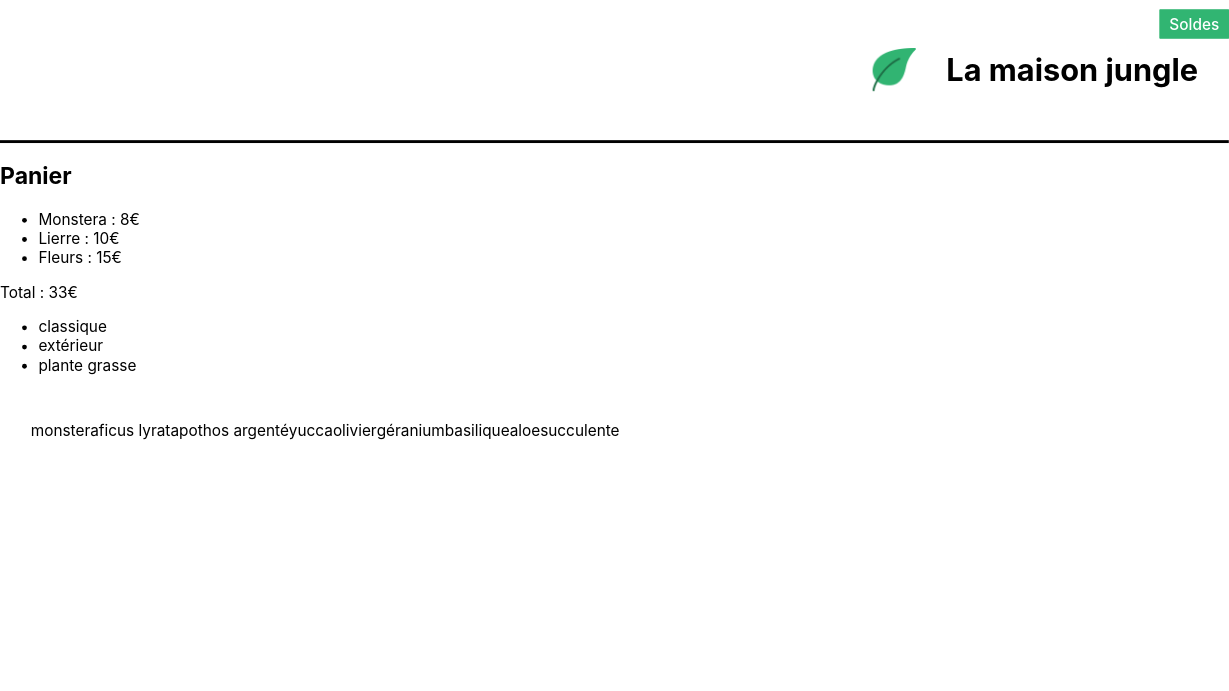
Repository: massndongo/la-maison-junglee
Page: /
An editor plug-in stored every save of this project. The page is shown before and after the next save, followed by the edit.
The browser window is 1280 px wide. The pictures show the whole page, at 96% of full size.
The project was rebuilt for these pictures with package versions that can differ from the ones it lists, and the page was loaded fresh each time.

Above is the page before, as saved 2023-03-23 17:44:06.

### src/components/App.js
import Banner from './Banner'
import Cart from './Cart'
import ShoppingList from './ShoppingList'

function App() {
    return <div><Banner /><Cart /><ShoppingList /></div>
}

export default App

### src/components/Banner.js
import logo from '../assets/logo.png'
import '../styles/Banner.css'

function Banner() {
    const title = 'La maison jungle'
    return (
        <div className='lmj-banner'>
            <img src={logo} alt='La maison jungle' className='lmj-logo' />
            <h1 className='lmj-title'>{title}</h1>
        </div>
    )
}

export default Banner

### src/components/Cart.js
function Cart() {
    const monsteraPrice = 8
    const ivyPrice = 10
    const flowerPrice = 15
    return (<div>
        <h2>Panier</h2>
        <ul>
        <li>Monstera : {monsteraPrice}€</li>
         <li>Lierre : {ivyPrice}€</li>
         <li>Fleurs : {flowerPrice}€</li>
        </ul>
          Total : {monsteraPrice + ivyPrice + flowerPrice }€
          </div>)
    }

export default Cart

### src/components/ShoppingList.js
import { plantList } from '../datas/plantList'
import '../styles/ShoppingList.css'

function ShoppingList() {
	const categories = plantList.reduce(
		(acc, plant) =>
			acc.includes(plant.category) ? acc : acc.concat(plant.category),
		[]
	)

	return (
		<div>
			<ul>
				{categories.map((cat) => (
					<li key={cat}>{cat}</li>
				))}
			</ul>
			<ul className='lmj-plant-list'>
				{plantList.map((plant) => (
					<li key={plant.id}>{plant.name} {plant.isSpecialOffer && <div className='lmj-sales'>Soldes</div>}</li>
				))}
			</ul>
		</div>
	)
}

export default ShoppingList

Loaded but not shown: public/index.html (common file); src/index.js (common file); src/styles/index.css (common file); src/reportWebVitals.js (common file); src/styles/Banner.css (common file); src/datas/plantList.js (common file); src/styles/ShoppingList.css (common file)

After the next save:
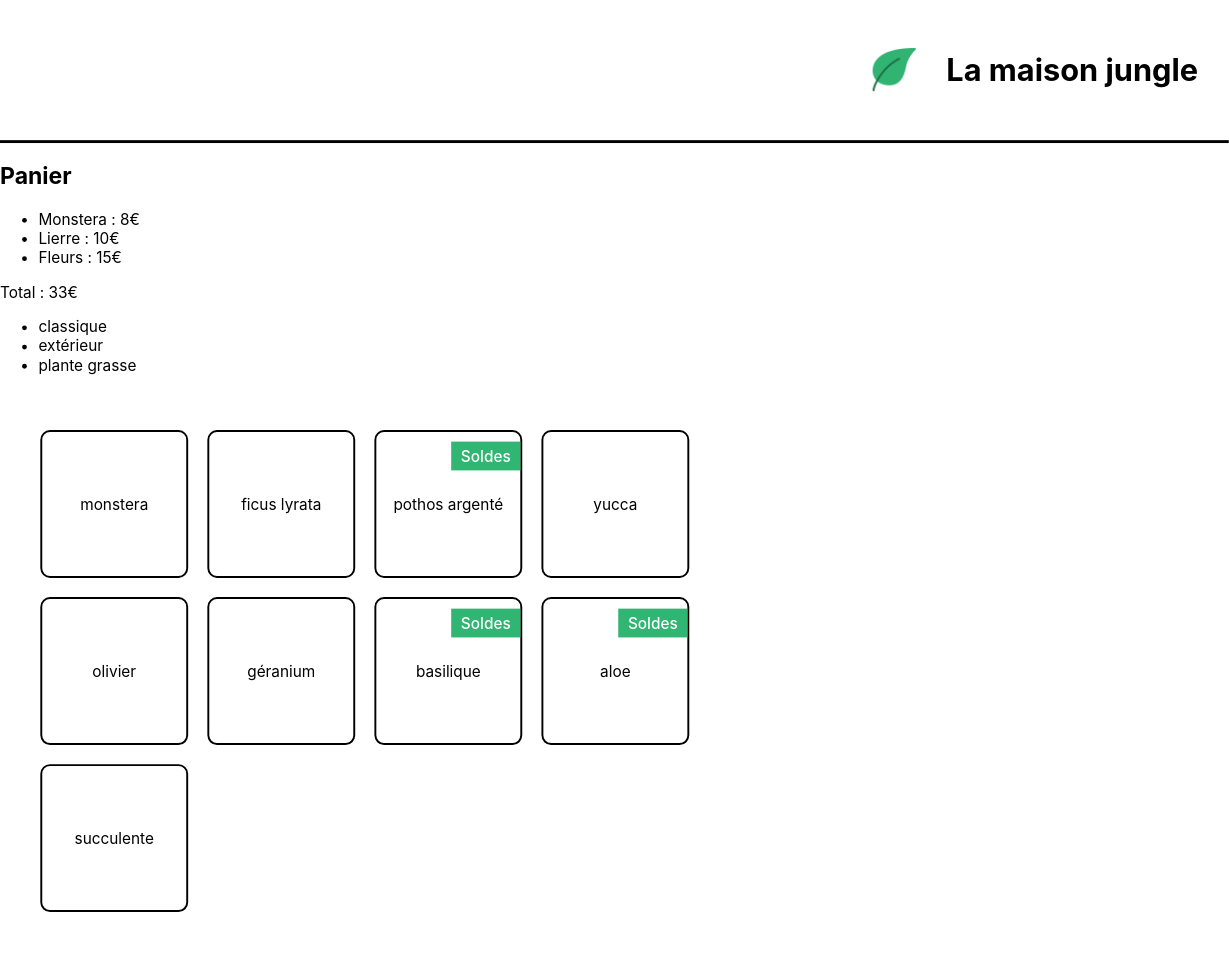
Saved 4 s later.
--- a/src/components/ShoppingList.js
+++ b/src/components/ShoppingList.js
@@ -17,7 +17,7 @@ function ShoppingList() {
 			</ul>
 			<ul className='lmj-plant-list'>
 				{plantList.map((plant) => (
-					<li key={plant.id}>{plant.name} {plant.isSpecialOffer && <div className='lmj-sales'>Soldes</div>}</li>
+					<li key={plant.id} className='lmj-plant-item'>{plant.name} {plant.isSpecialOffer && <div className='lmj-sales'>Soldes</div>}</li>
 				))}
 			</ul>
 		</div>
